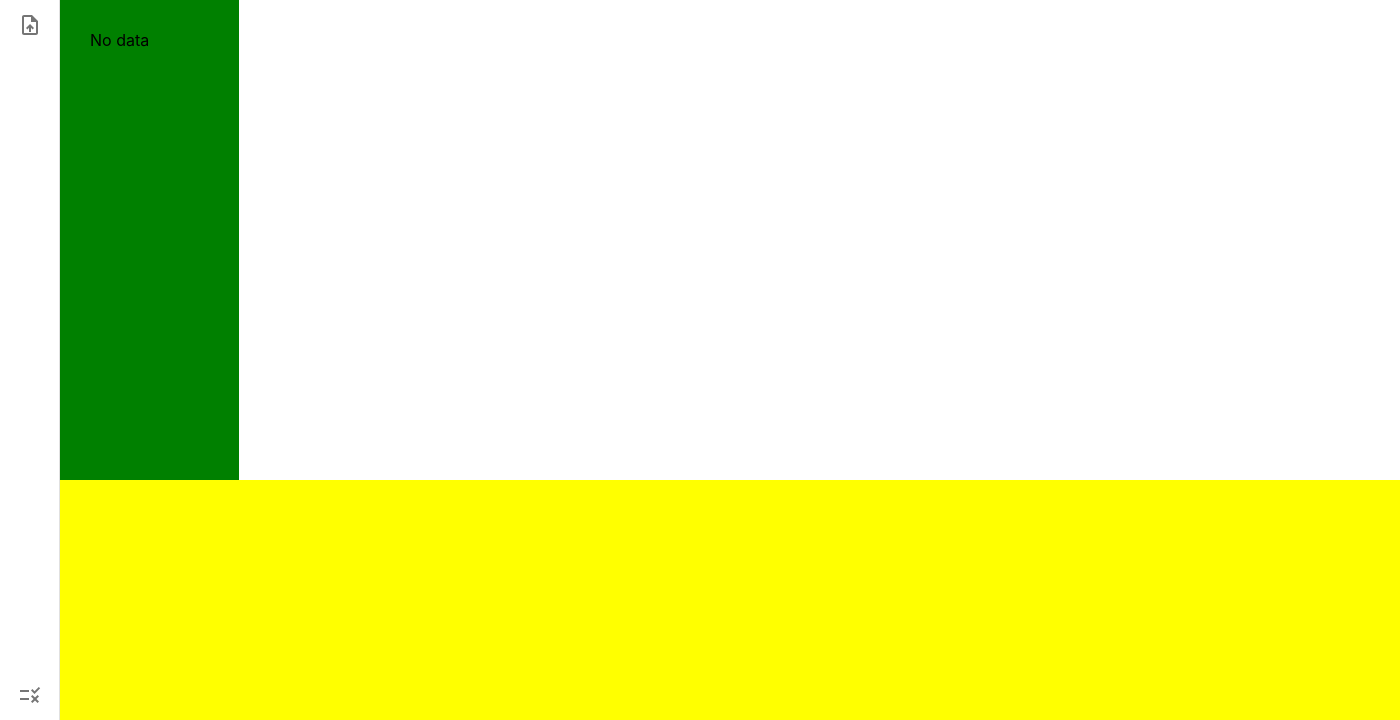
Repository: imark00/sbolInsight_frontend
Page: /
The author's editor kept a copy of each file at every save. The page is drawn from the files as they stood at one save, then again after the next save.
The browser window is 1280 px wide. The page is 1400 px wide, so the pictures cover 1400 px, including what lies to the right of the window. The pictures show the whole page.
The project was rebuilt for these pictures with package versions that can differ from the ones it lists, and the page was loaded fresh each time. Also part of the build but not shown: src/App.css.

Above is the page before, as saved 2024-08-18 05:30:49.

After the next save:
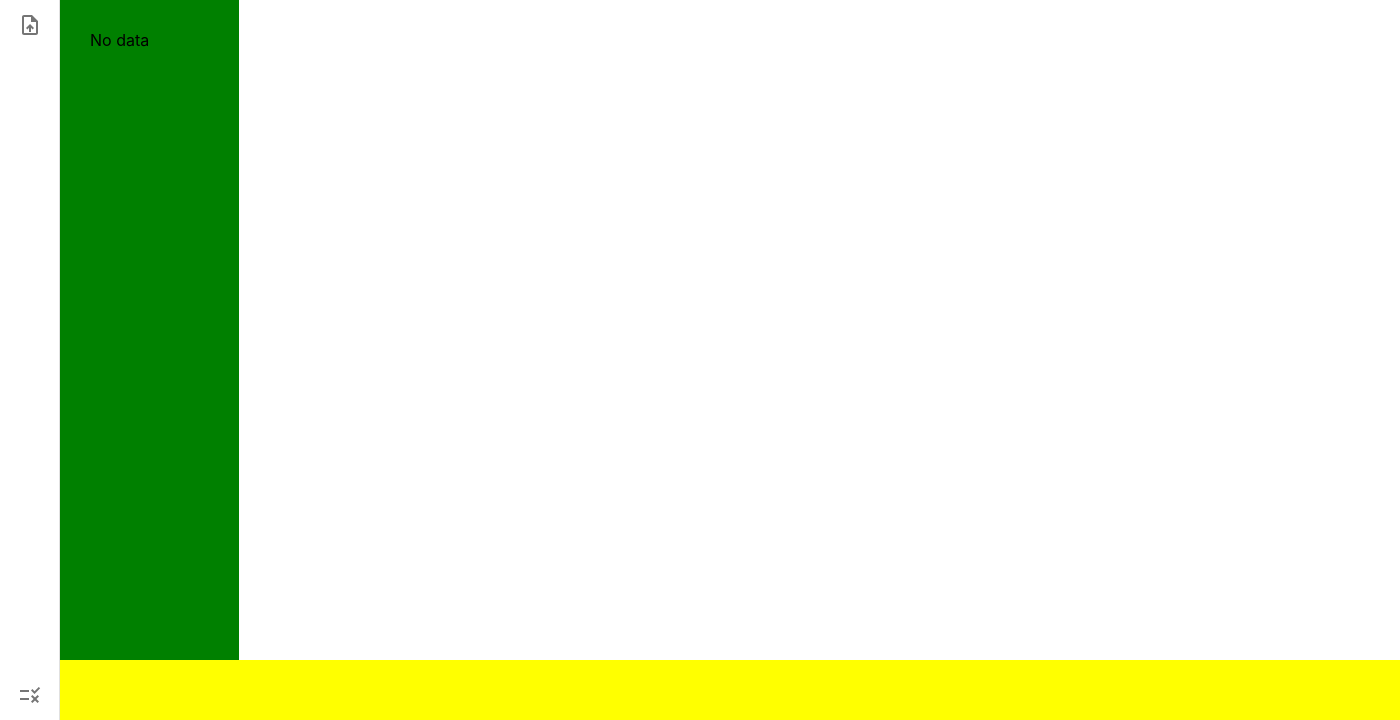
Saved 18 s later.
--- a/src/sbolInsight.js
+++ b/src/sbolInsight.js
@@ -156,7 +156,7 @@ const SBOLInsightPage = () => {
                 <Box
                     sx={{
                         width: '100%',
-                        height: '180px',
+                        height: '0px',
                         background: 'yellow',
                         padding: '30px',
                         position: "absolute",
